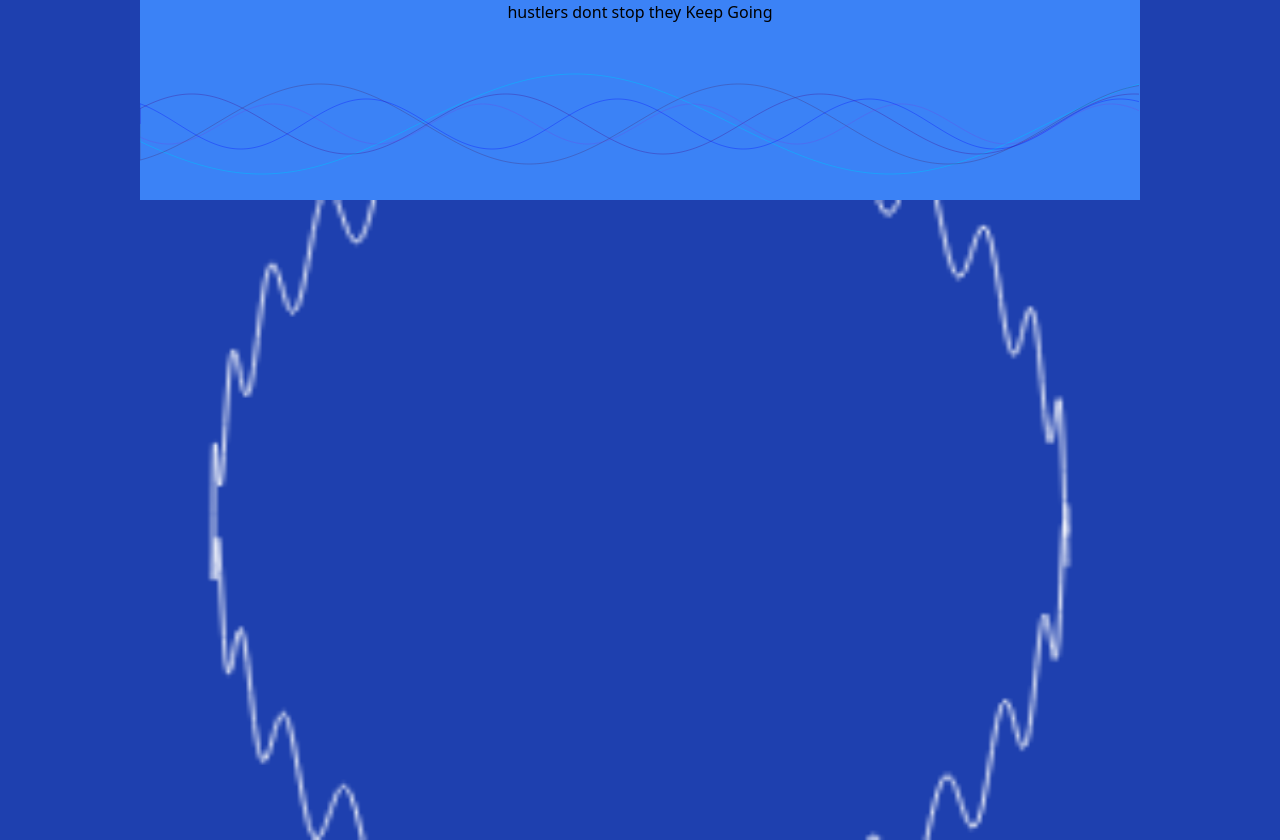
Repository: TMuse333/quantum-experiments
Page: /
These files come from the project's save history. The page is drawn as it stood at one moment and after the next save; the edit follows.
The browser window is 1280 px wide. The pictures show the whole page.
The project was rebuilt for these pictures with package versions that can differ from the ones it lists, and the page was loaded fresh each time. Also part of the build but not shown: vite.config.ts.

Above is the page before, as saved 2024-06-08 18:41:05.

### src/App.tsx
import { useState } from 'react'
import reactLogo from './assets/react.svg'
import viteLogo from '/vite.svg'
import './App.css'
import SineWave from './components/sineWave/sineWave'
import ThreeJSWave from './components/threeeJsWave/threeJsWave'
import CircularWave from './components/circularWave/circularWave'

function App() {
  const [count, setCount] = useState(0)

  return (
    <>
    <div className='bg-blue-800 absolute top-0 left-0
    flex items-center flex-col justify-center w-screen'>


     <SineWave/>
     {/* <ThreeJSWave/> */}
     <CircularWave/>
     </div>
    </>
  )
}

export default App

### src/components/sineWave/sineWave.tsx
import React, { useRef, useEffect } from 'react';

const SineWave: React.FC = () => {
  const canvasRef = useRef<HTMLCanvasElement | null>(null);

  useEffect(() => {
    const canvas = canvasRef.current;
    if (!canvas) return;

    const c = canvas.getContext('2d');
    if (!c) return;

    const waves = [
      {
        amplitude: 50,
        frequency: 0.01,
        speed: 0.02,
        xOffset: 0,
        color: 'rgba(0, 191, 255, 0.5)', // Sky Blue
      },
      {
        amplitude: 30,
        frequency: 0.02,
        speed: 0.03,
        xOffset: 0,
        color: 'rgba(75, 0, 130, 0.3)', // Indigo
      },
      {
        amplitude: 20,
        frequency: 0.03,
        speed: 0.04,
        xOffset: 0,
        color: 'rgba(138, 43, 226, 0.2)', // Blue Violet
      },
      {
        amplitude: 40,
        frequency: 0.015,
        speed: 0.025,
        xOffset: 0,
        color: 'rgba(72, 61, 139, 0.4)', // Dark Slate Blue
      },
      {
        amplitude: 25,
        frequency: 0.025,
        speed: 0.035,
        xOffset: 0,
        color: 'rgba(0, 0, 255, 0.3)', // Blue
      },
    ];

    const resizeHandler = () => {
      canvas.width = canvas.parentElement?.clientWidth ?? window.innerWidth;
      canvas.height = canvas.parentElement?.clientHeight ?? window.innerHeight;
    };

    window.addEventListener('resize', resizeHandler);
    resizeHandler();

    const draw = () => {
      c.clearRect(0, 0, canvas.width, canvas.height);
      waves.forEach((wave) => {
        c.beginPath();
        c.moveTo(0, canvas.height / 2);
        for (let x = 0; x < canvas.width; x++) {
          const y = canvas.height / 2 + Math.sin(x * wave.frequency + wave.xOffset) * wave.amplitude;
          c.lineTo(x, y);
        }
        c.strokeStyle = wave.color;
        c.stroke();
        wave.xOffset += wave.speed;
      });
      requestAnimationFrame(draw);
    };

    draw();

    return () => {
      window.removeEventListener('resize', resizeHandler);
    };
  }, []);

  return (
    <div className='w-screen bg-blue-500 relative h-[200px] max-w-[1000px] ml-auto mr-auto'>
        <h1>hustlers dont stop they Keep Going</h1>
      <canvas className='h-full w-full mt-auto mb-auto' ref={canvasRef} />
    </div>
  );
};

export default SineWave;

### src/components/circularWave/circularWave.tsx
import React, { useEffect, useRef } from 'react';

const CircularWave: React.FC = () => {
  const canvasRef = useRef<HTMLCanvasElement | null>(null);
  const frameId = useRef<number | null>(null); // To store the frame ID

  useEffect(() => {
    const canvas = canvasRef.current;
    if (!canvas) return;

    const c = canvas.getContext('2d');
    if (!c) return;

    const centerX = canvas.width / 2;
    const centerY = canvas.height / 2;
    const radius = 100; // Radius of the circular wave
    const waveLength = 600; // Wavelength of the wave
    const amplitude = 10; // Amplitude of the wave
    const frequency = 0.002; // Frequency of the wave
    const phaseShift = Math.PI / 2; // Phase shift to start the wave from the top

    const draw = () => {
      c.clearRect(0, 0, canvas.width, canvas.height);

      // Draw circular path
      c.beginPath();

      c.stroke();

      // Draw circular wave
      for (let angle = 0; angle < Math.PI * 2; angle += 0.02) {
        const x = centerX + radius * Math.cos(angle);
        const y = centerY + radius * Math.sin(angle) + amplitude * Math.sin(angle * waveLength + frequency * angle + phaseShift);
        if (angle === 0) {
          c.moveTo(x, y);
        } else {
          c.lineTo(x, y);
        }
      }

      c.strokeStyle = 'rgba(255, 255, 255, 0.8)';
      c.stroke();

      frameId.current = requestAnimationFrame(draw);
    };

    draw();

    // Cleanup function
    return () => cancelAnimationFrame(frameId.current ?? 0); // Use ?? operator to handle null or undefined frame ID
  }, []);

  return (
    <canvas
      className='h-full w-full'
      ref={canvasRef}
      style={{ width: '100%', height: '100%' }}
    ></canvas>
  );
};

export default CircularWave;

Loaded but not shown: index.html (common file); src/main.tsx (common file); src/index.css (common file); src/App.css (common file); tailwind.config.js (common file)

After the next save:
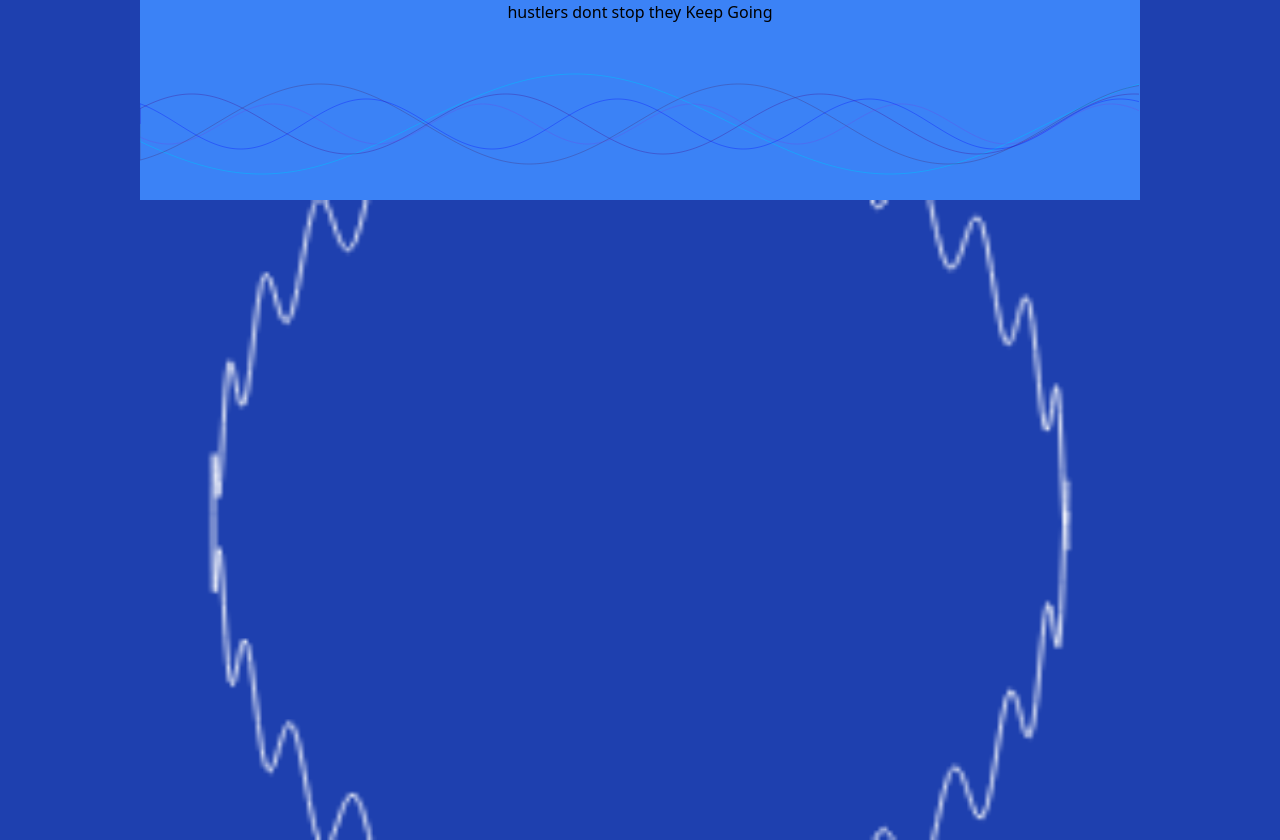
Saved 10 s later.
--- a/src/components/circularWave/circularWave.tsx
+++ b/src/components/circularWave/circularWave.tsx
@@ -17,7 +17,7 @@ const CircularWave: React.FC = () => {
     const waveLength = 600; // Wavelength of the wave
     const amplitude = 10; // Amplitude of the wave
     const frequency = 0.002; // Frequency of the wave
-    const phaseShift = Math.PI / 2; // Phase shift to start the wave from the top
+    const phaseShift = Math.PI / 4; // Phase shift to start the wave from the top
 
     const draw = () => {
       c.clearRect(0, 0, canvas.width, canvas.height);
